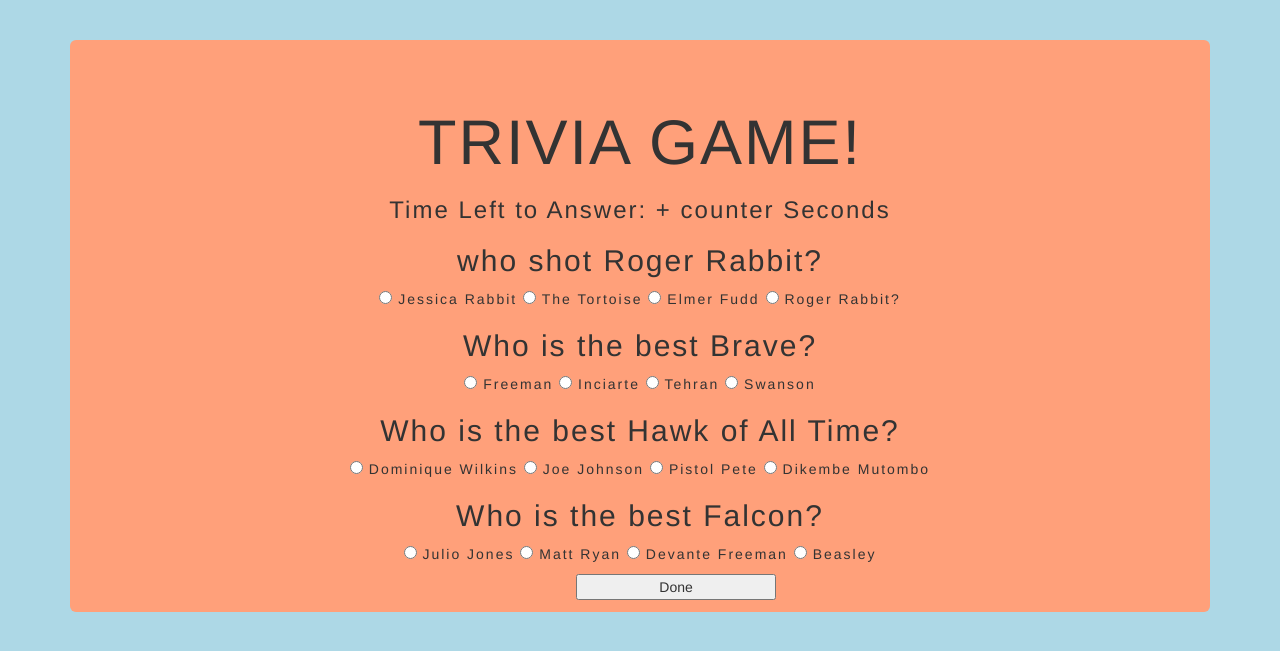
Repository: phiniezyc/TriviaGame
Page: index.html
These files come from the project's save history. The page is drawn as it stood at one moment and after a run of saves; the edit follows.
The browser window is 1280 px wide. The pictures show the whole page.
After loading, the first visible `#startGameButton` was clicked once.
Some web libraries are served in a nearby version.

Above is the page before, as saved 2017-09-14 01:54:26.
Console error: TypeError: "#timeLeft".html is not a function

After the next 3 saves:
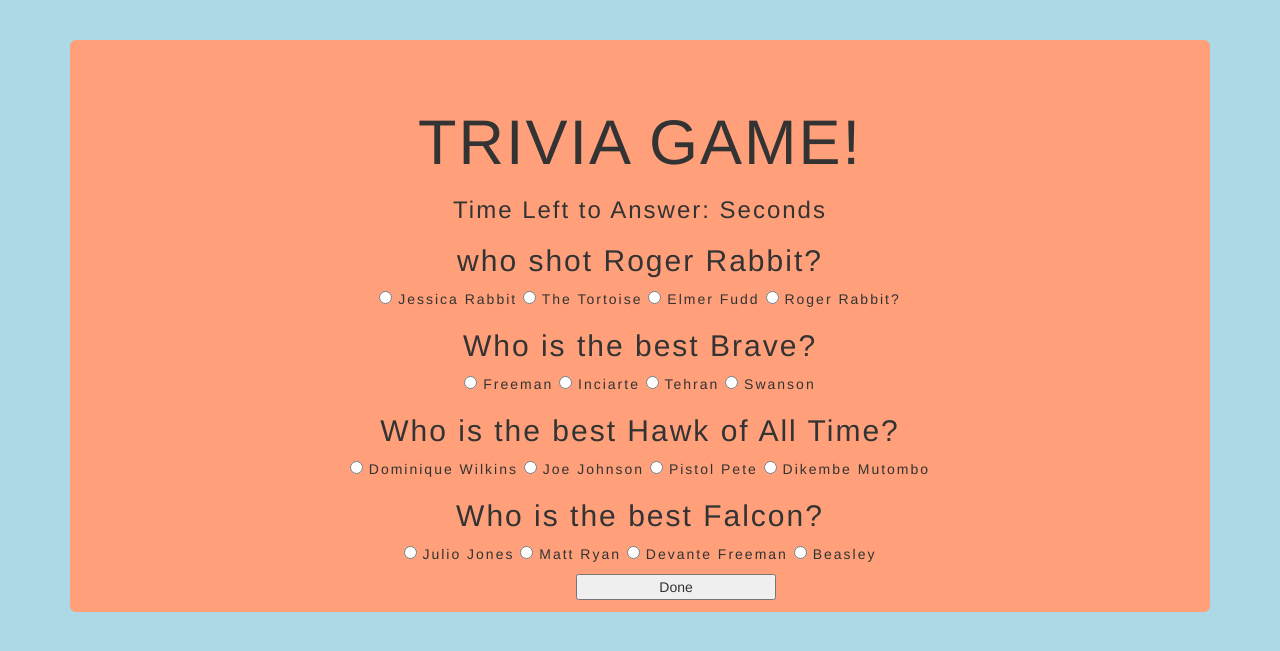
The 3 saves are shown as one change because they came seconds apart.
The last was saved 103 s later.
--- a/assets/javascript/app.js
+++ b/assets/javascript/app.js
@@ -44,7 +44,7 @@
     },
     startTimer: function() {
         timer = setInterval(trivaScoring.timeLeft, 1000);
-        $("#questionSection").prepend("<h3>Time Left to Answer: <span id = 'timeLeft'> + counter </span> Seconds </h3>");
+        $("#questionSection").prepend("<h3>Time Left to Answer: <span id = 'timeLeft'>  </span> Seconds </h3>");
         $("#startGameButton").remove();
         for (var i = 0; i < questions.length; i++) {
             $("#questionSection").append("<h2>" + questions[i].question + "</h2>");
